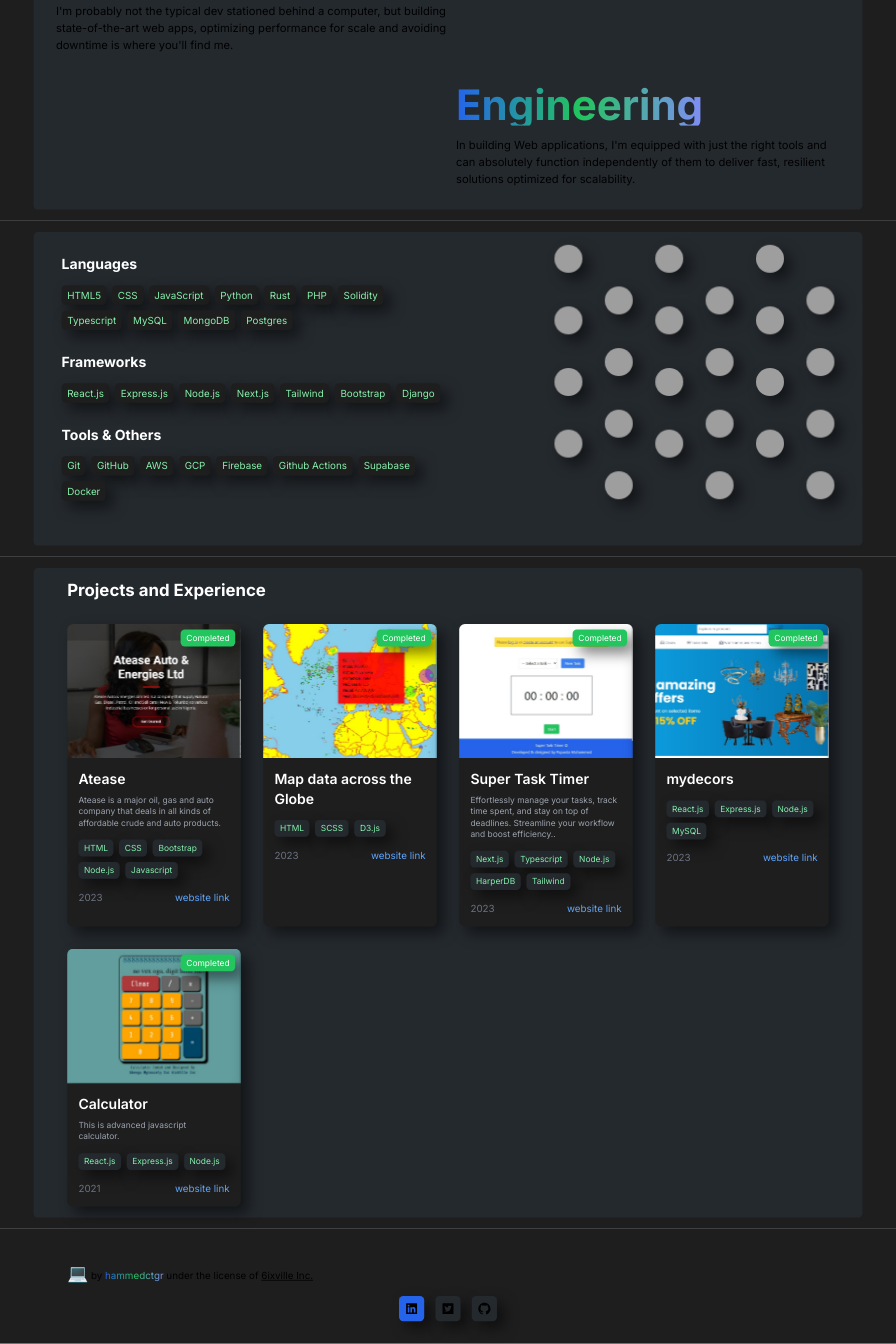
Repository: muhammedctgr/hammedctgr
Page: /
These files come from the project's save history. The page is drawn as it stood at one moment and after the next save; the edit follows.
The browser window is 1280 px wide. The pictures show the part of the page from y = 728 to 2648 px (the page is 2648 px tall), at 70% of full size.
Pictures or frames that could not be fetched are drawn as grey boxes. The project was rebuilt for these pictures with package versions that can differ from the ones it lists, and the page was loaded fresh each time. The framework's server and built-in components were replaced by stand-ins that run in the browser. Also part of the build but not shown: next.config.mjs.

Above is the page before, as saved 2024-08-18 10:05:58.

### app/layout.tsx
import type { Metadata } from "next";
import { Inter } from "next/font/google";
import "./globals.css";

const inter = Inter({ subsets: ["latin"] });

export const metadata: Metadata = {
  title: "Popoola Muhammed",
  description: "Generated by create next app",
};

export default function RootLayout({
  children,
}: Readonly<{
  children: React.ReactNode;
}>) {
  return (
    <html lang="en">
      <body className={inter.className}>{children}</body>
    </html>
  );
}

### app/page.tsx
import Head from 'next/head';
import Hero from '../components/Hero';
import SkillsSection from '@/components/SkillsSection';
import SummarySection from '@/components/SummarySection';
import ProjectsSection from '@/components/ProjectsSection';
import Footer from '@/components/Footer';

const Home = () => (
  <div>
    <Head>
      <title>Popoola Muhammed | Fullstack Dev</title>
      <meta name="description" content="Welcome to my developer portfolio" />
    </Head>

    <Hero />
    <SummarySection />
    <SkillsSection />
    <ProjectsSection />
    <Footer />
  </div>
);

export default Home;

### app/globals.css
@tailwind base;
@tailwind components;
@tailwind utilities;

:root {
  --foreground-rgb: 0, 0, 0;
  --background-start-rgb: 214, 219, 220;
  --background-end-rgb: 255, 255, 255;
}

@media (prefers-color-scheme: dark) {
  :root {
    --foreground-rgb: 255, 255, 255;
    --background-start-rgb: 0, 0, 0;
    --background-end-rgb: 0, 0, 0;
  }
}

body {
  color: rgb(var(--foreground-rgb));
  background: linear-gradient(
      to bottom,
      transparent,
      rgb(var(--background-end-rgb))
    )
    rgb(var(--background-start-rgb));
}

@layer utilities {
  .text-balance {
    text-wrap: balance;
  }
}


@keyframes upDown {
  0%, 100% {
    transform: translateY(0);
  }
  50% {
    transform: translateY(-10px); /* Adjust the value as needed */
  }
}

.animate-upDown {
  animation: upDown 2s infinite ease-in-out; /* Adjust duration as needed */
}


@keyframes scroll-medium {
  0% {
    transform: translateY(-100%);
  }
  100% {
    transform: translateY(100%);
  }
}

@keyframes scroll-fast {
  0% {
    transform: translateY(-100%);
  }
  100% {
    transform: translateY(30vh);
  }
}

@keyframes scroll-upfast {
  0% {
    transform: translateY(100%);
  }
  100% {
    transform: translateY(-30vh);
  }
}

.animate-scroll-upfast {
  animation: scroll-upfast 2s linear infinite;
}

.animate-scroll-fast {
  animation: scroll-fast 2s linear infinite;
}

.animate-scroll-medium {
  animation: scroll-medium 6s linear infinite;
}

.animate-scroll-delay {
  animation-delay: 2s;
}

.animate-scroll-delay-long {
  animation-delay: 4s;
}

.animate-scroll {
  animation: scroll 10s linear infinite;
}

.neumorph {
  border-radius: 5px;
  background: linear-gradient(145deg, #161414, #1a1818);
  box-shadow:  5px 5px 10px #111010,
               -5px -5px 10px #1f1c1c;
}

@keyframes slide {
  0% { transform: translateX(0); }
  100% { transform: translateX(-100%); }
}

.infinite-scroll {
  display: flex;
  animation: slide 2s ease-in-out infinite;
}

.infinite-scroll img {
  min-width: 100%;
}

### components/Hero.tsx
import Image from 'next/image';
import profilePic from '../public/profile.png';
import { AiFillLinkedin, AiFillGithub, AiFillTwitterSquare, AiFillX } from 'react-icons/ai';

const Hero = () => {
  return (
    <section className="bg-gptGray px-4 py-4 md:pt-8 md:px-8 lg:px-12 text-white flex items-center">
  <div className="container bg-githubGray shadow-lg rounded-md mx-auto flex flex-col md:flex-row md:px-2 relative overflow-hidden">
    <div className="flex-1 text-left p-4 md:p-8">
      <div className="inline-block bg-blue-600 text-black py-1 px-3 mb-4 rounded-md">
        Hi, I’m
      </div>
      <div className="mb-6">
        <h1 className="text-xl md:text-3xl font-bold">Popoola Muhammed</h1>
        <p className="mt-2 text-lg md:text-xl">Full-Stack Developer, I build and manage</p>
      </div>
      <ul className="mt-4 list-disc list-inside text-xs md:text-base">
        <li>Highly Optimized and Responsive <span className="text-blue-600">FRONT-END</span></li>
        <li>Secure and Scalable <span className="text-blue-600">BACK-END & DATABASE</span></li>
        <li><span className="text-blue-600">IT</span> Infrastructure</li>
      </ul>
      <div className="mt-6">
        <a href="#contact" className="underline">Let’s Connect</a>
        <div className="mt-2 flex justify-start space-x-4">
          <a href="#" className="bg-blue-600 p-2 rounded-md shadow-deep-all transform transition-transform duration-300 hover:scale-110">
            <AiFillLinkedin size={20} />
          </a>
          <a href="#" className="bg-githubGray p-2 rounded-md shadow-deep-all transform transition-transform duration-300 hover:scale-110">
            <AiFillTwitterSquare size={20} />
          </a>
          <a href="#" className="bg-githubGray p-2 rounded-md shadow-deep-all transform transition-transform duration-300 hover:scale-110">
            <AiFillGithub size={20} />
          </a>
        </div>
      </div>
    </div>
    <div className="relative flex-1 p-4 md:p-8">
      <img src="https://cdn.jsdelivr.net/gh/devicons/devicon@latest/icons/python/python-original.svg" className="right-4 w-8 h-8 md:w-16 md:h-16 lg:w-16 lg:h-16 bg-gptGray rounded-md animate-bounce shadow-deep-all" />
      <div className="relative w-40 h-40 md:w-72 md:h-72 lg:w-96 lg:h-96 mx-auto">
        <Image src={profilePic} alt="Popoola Muhammed" layout="fill" className="rounded-full object-cover animate-upDown" />
      </div>
      <img src="https://cdn.jsdelivr.net/gh/devicons/devicon@latest/icons/rust/rust-original.svg"  className="w-8 h-8 md:w-16 md:h-16 lg:w-16 lg:h-16 bg-gptGray rounded-3xl shadow-deep-all animate-bounce absolute top-8 right-4" />
      <img src="https://cdn.jsdelivr.net/gh/devicons/devicon@latest/icons/javascript/javascript-original.svg" className="w-8 h-8 md:w-12 md:h-12 lg:w-12 lg:h-12 bg-gptGray rounded-md animate-bounce shadow-deep-all" />
    </div>
    <img src="https://cdn.jsdelivr.net/gh/devicons/devicon@latest/icons/nextjs/nextjs-original.svg" className="w-8 h-8 md:w-12 md:h-12 lg:w-12 lg:h-12 bg-gptGray rounded-3xl shadow-deep-all animate-bounce absolute bottom-4 right-36" />
  </div>
</section>
  );
};

export default Hero;

### components/SkillsSection.tsx
import Image from 'next/image';
import { FC } from 'react';

interface SkillCategory {
  title: string;
  skills: { name: string; }[];
}

const skills: SkillCategory[] = [
  {
    title: "Languages",
    skills: [
      { name: "HTML5",  },
      { name: "CSS", },
      { name: "JavaScript",  },
      { name: "Python", },
      { name: "Rust",  },
      { name: "PHP", },
      { name: "Solidity",  },
      { name: "Typescript",  },
      { name: "MySQL",  },
      { name: "MongoDB", },
      { name: "Postgres", },
    ],
  },
  {
    title: "Frameworks",
    skills: [
      { name: "React.js", },
      { name: "Express.js",  },
      { name: "Node.js", },
      { name: "Next.js", },
      { name: "Tailwind", },
      { name: "Bootstrap", },
      { name: "Django", }
    ],
  },
  {
    title: "Tools & Others",
    skills: [
      { name: "Git",  },
      { name: "GitHub",  },
      { name: "AWS", },
      { name: "GCP", },
      { name: "Firebase", },
      { name: "Github Actions", },
      { name: "Supabase",  },
      { name: "Docker",  },
    ],
  },
];

const icons = [
  "/icons/html5.svg", // Replace with your icon paths
  "/icons/css3.svg",
  "/icons/javascript.svg",
  "/icons/python.svg",
  // Add the rest of the icons as needed
];

const SkillsSection: FC = () => {
  return (
  <section className="px-4 py-4 md:px-8 lg:px-12 bg-gptGray text-white w-full h-full">
  <div className="container bg-githubGray rounded-md mx-auto flex flex-col md:flex-row items-start md:px-2">
    <div className="flex-1 p-4 md:p-8">
      {skills.map((category) => (
        <div key={category.title} className="mb-8">
          <h2 className="text-lg md:text-xl font-bold mb-4 ">{category.title}</h2>
          <div className="flex flex-wrap gap-2">
            {category.skills.map((skill) => (
              <span
                key={skill.name}
                className={`px-2 py-1 rounded-md text-sm shadow-deep-all bg-gptGray text-green-300`}
              >
                {skill.name}
              </span>
            ))}
          </div>
        </div>
      ))}
    </div>
    <div className="flex-1 flex flex-col items-center md:items-end overflow-hidden md:pb-8">
      <div className="grid grid-cols-6 md:grid-cols-6 gap-8 p-4 md:p-8">
      <img src="https://cdn.jsdelivr.net/gh/devicons/devicon@latest/icons/html5/html5-original.svg" className="w-10 h-10 md:w-10 md:h-10 lg:w-10 lg:h-10 bg-gptGray rounded-3xl shadow-deep-all mt-4 animate-scroll-fast" />
      <img src="https://cdn.jsdelivr.net/gh/devicons/devicon@latest/icons/css3/css3-original.svg" className="w-10 h-10 md:w-10 md:h-10 lg:w-10 lg:h-10 bg-gptGray rounded-3xl shadow-deep-all mt-4 animate-scroll-upfast" />
      <img src="https://cdn.jsdelivr.net/gh/devicons/devicon@latest/icons/javascript/javascript-original.svg" className="w-10 h-10 md:w-10 md:h-10 lg:w-10 lg:h-10 bg-gptGray rounded-3xl shadow-deep-all mt-4 animate-scroll-fast" />
      <img src="https://cdn.jsdelivr.net/gh/devicons/devicon@latest/icons/python/python-original.svg" className="w-10 h-10 md:w-10 md:h-10 lg:w-10 lg:h-10 bg-gptGray rounded-3xl shadow-deep-all mt-4 animate-scroll-upfast" />
      <img src="https://cdn.jsdelivr.net/gh/devicons/devicon@latest/icons/rust/rust-original.svg"  className="w-10 h-10 md:w-10 md:h-10 lg:w-10 lg:h-10 bg-gptGray rounded-3xl shadow-deep-all mt-4 animate-scroll-fast" />
      <img src="https://cdn.jsdelivr.net/gh/devicons/devicon@latest/icons/php/php-original.svg" className="w-10 h-10 md:w-10 md:h-10 lg:w-10 lg:h-10 bg-gptGray rounded-3xl shadow-deep-all mt-4 animate-scroll-upfast"  />
      <img src="https://cdn.jsdelivr.net/gh/devicons/devicon@latest/icons/solidity/solidity-original.svg" className="w-10 h-10 md:w-10 md:h-10 lg:w-10 lg:h-10 bg-gptGray rounded-3xl shadow-deep-all mt-4 animate-scroll-fast" />
      <img src="https://cdn.jsdelivr.net/gh/devicons/devicon@latest/icons/typescript/typescript-original.svg" className="w-10 h-10 md:w-10 md:h-10 lg:w-10 lg:h-10 bg-gptGray rounded-3xl shadow-deep-all mt-4 animate-scroll-upfast" />
      <img src="https://cdn.jsdelivr.net/gh/devicons/devicon@latest/icons/mysql/mysql-original.svg" className="w-10 h-10 md:w-10 md:h-10 lg:w-10 lg:h-10 bg-gptGray rounded-3xl shadow-deep-all mt-4 animate-scroll-fast" />
      <img src="https://cdn.jsdelivr.net/gh/devicons/devicon@latest/icons/mongodb/mongodb-original.svg" className="w-10 h-10 md:w-10 md:h-10 lg:w-10 lg:h-10 bg-gptGray rounded-3xl shadow-deep-all mt-4 animate-scroll-upfast" />
      <img src="https://cdn.jsdelivr.net/gh/devicons/devicon@latest/icons/react/react-original.svg" className="w-10 h-10 md:w-10 md:h-10 lg:w-10 lg:h-10 bg-gptGray rounded-3xl shadow-deep-all mt-4 animate-scroll-fast" />
      <img src="https://cdn.jsdelivr.net/gh/devicons/devicon@latest/icons/nextjs/nextjs-original.svg" className="w-10 h-10 md:w-10 md:h-10 lg:w-10 lg:h-10 bg-gptGray rounded-3xl shadow-deep-all mt-4 animate-scroll-upfast" />
      <img src="https://cdn.jsdelivr.net/gh/devicons/devicon@latest/icons/tailwindcss/tailwindcss-original.svg" className="w-10 h-10 md:w-10 md:h-10 lg:w-10 lg:h-10 bg-gptGray rounded-3xl shadow-deep-all mt-4 animate-scroll-fast" />
      <img src="https://cdn.jsdelivr.net/gh/devicons/devicon@latest/icons/git/git-original.svg" className="w-10 h-10 md:w-10 md:h-10 lg:w-10 lg:h-10 bg-gptGray rounded-3xl shadow-deep-all mt-4 animate-scroll-upfast" />
      <img src="https://cdn.jsdelivr.net/gh/devicons/devicon@latest/icons/github/github-original.svg" className="w-10 h-10 md:w-10 md:h-10 lg:w-10 lg:h-10 bg-gptGray rounded-3xl shadow-deep-all mt-4 animate-scroll-fast" />
      <img src="https://cdn.jsdelivr.net/gh/devicons/devicon@latest/icons/amazonwebservices/amazonwebservices-original-wordmark.svg" className="w-10 h-10 md:w-10 md:h-10 lg:w-10 lg:h-10 bg-gptGray rounded-3xl shadow-deep-all mt-4 animate-scroll-upfast" />
      <img src="https://cdn.jsdelivr.net/gh/devicons/devicon@latest/icons/googlecloud/googlecloud-original.svg" className="w-10 h-10 md:w-10 md:h-10 lg:w-10 lg:h-10 bg-gptGray rounded-3xl shadow-deep-all mt-4 animate-scroll-fast" />
      <img src="https://cdn.jsdelivr.net/gh/devicons/devicon@latest/icons/postgresql/postgresql-original.svg" className="w-10 h-10 md:w-10 md:h-10 lg:w-10 lg:h-10 bg-gptGray rounded-3xl shadow-deep-all mt-4 animate-scroll-upfast" />
      <img src="https://cdn.jsdelivr.net/gh/devicons/devicon@latest/icons/supabase/supabase-original.svg" className="w-10 h-10 md:w-10 md:h-10 lg:w-10 lg:h-10 bg-gptGray rounded-3xl shadow-deep-all mt-4 animate-scroll-fast" />
      <img src="https://cdn.jsdelivr.net/gh/devicons/devicon@latest/icons/docker/docker-original.svg" className="w-10 h-10 md:w-10 md:h-10 lg:w-10 lg:h-10 bg-gptGray rounded-3xl shadow-deep-all mt-4 animate-scroll-upfast" />
      <img src="https://cdn.jsdelivr.net/gh/devicons/devicon@latest/icons/django/django-plain.svg" className="w-10 h-10 md:w-10 md:h-10 lg:w-10 lg:h-10 bg-gptGray rounded-3xl shadow-deep-all mt-4 animate-scroll-fast" />
      <img src="https://cdn.jsdelivr.net/gh/devicons/devicon@latest/icons/bootstrap/bootstrap-original.svg" className="w-10 h-10 md:w-10 md:h-10 lg:w-10 lg:h-10 bg-gptGray rounded-3xl shadow-deep-all mt-4 animate-scroll-upfast" />
      <img src="https://cdn.jsdelivr.net/gh/devicons/devicon@latest/icons/nodejs/nodejs-original.svg" className="w-10 h-10 md:w-10 md:h-10 lg:w-10 lg:h-10 bg-gptGray rounded-3xl shadow-deep-all mt-4 animate-scroll-fast" />
      <img src="https://cdn.jsdelivr.net/gh/devicons/devicon@latest/icons/githubactions/githubactions-original.svg" className="w-10 h-10 md:w-10 md:h-10 lg:w-10 lg:h-10 bg-gptGray rounded-3xl shadow-deep-all mt-4 animate-scroll-upfast" />
      </div>
    </div>
  </div>
</section>
  );
};

export default SkillsSection;

### components/SummarySection.tsx
import { FC } from 'react';

const SummarySection: FC = () => {
  return (
<section className="px-4 py-4 md:px-8 lg:px-12 bg-gptGray relative overflow-hidden">
  <div className="container bg-githubGray mx-auto flex rounded-md flex-col md:flex-row justify-between items-start md:px-8 p-4 md:p-8">
    <div className=" mb-8 md:mb-8">
      <div className="mb-4">
        <span className="text-4xl md:text-6xl font-bold bg-gradient-to-r from-blue-600 via-green-500 to-indigo-400 inline-block text-transparent bg-clip-text">Software</span>
      </div>
      <p className="text-sm md:text-base">
        I'm probably not the typical dev stationed behind a computer, but building state-of-the-art web apps, optimizing performance for scale and avoiding downtime is where you'll find me.
      </p>
    </div>
    <div className=" md:mt-48">
      <div className="mb-4">
        <span className="text-4xl md:text-6xl font-bold bg-gradient-to-r from-blue-600 via-green-500 to-indigo-400 inline-block text-transparent bg-clip-text">Engineering</span>
      </div>
      <p className="text-sm md:text-base">
        In building Web applications, I'm equipped with just the right tools and can absolutely function independently of them to deliver fast, resilient solutions optimized for scalability.
      </p>
    </div>
  </div>
</section>
  );
};

export default SummarySection;

### components/ProjectsSection.tsx
import { FC } from 'react';

interface Project {
  title: string;
  description: string;
  technologies: string[];
  date: string;
  status: string;
  images: string[];
  link: string;
}

const projects: Project[] = [
  {
    title: "Atease",
    description: "Atease is a major oil, gas and auto company that deals in all kinds of affordable crude and auto products.",
    technologies: ["HTML", "CSS", "Bootstrap", "Node.js", "Javascript"],
    date: "2023",
    status: "Completed",
    images: ["at1.jpg", "at2.jpg", "at3.jpg",],
    link: "https://ateasegroup.com",
  },
  {
    title: "Map data across the Globe",
    description: "",
    technologies: ["HTML", "SCSS", "D3.js",],
    date: "2023",
    status: "Completed",
    images: ["md1.jpg", "md2.jpg",],
    link: "https://example.com",
  },
  {
    title: "Super Task Timer",
    description: "Effortlessly manage your tasks, track time spent, and stay on top of deadlines. Streamline your workflow and boost efficiency..",
    technologies: ["Next.js", "Typescript", "Node.js", "HarperDB", "Tailwind"],
    date: "2023",
    status: "Completed",
    images: ["sp1.jpg", "sp2.jpg",],
    link: "https://super-task-timer-5o5i.vercel.app/",
  },
  {
    title: "mydecors",
    description: "",
    technologies: ["React.js", "Express.js", "Node.js", "MySQL"],
    date: "2023",
    status: "Completed",
    images: ["dec1.jpg", "dec2.jpg",],
    link: "https://mydecors-prod.vercel.app/",
  },
  {
    title: "Calculator",
    description: "This is advanced javascript calculator.",
    technologies: ["React.js", "Express.js", "Node.js",],
    date: "2021",
    status: "Completed",
    images: ["calc2.jpg", "calc1.jpg", "at1.jpg",],
    link: "https://codepen.io/6ix-ville/full/zYEOQex",
  },
  // Add more projects as needed...
];

const ProjectsSection: FC = () => {
  return (
    <section className="bg-gptGray md:px-8 px-4 py-4 lg:px-12">
      <div className="container bg-githubGray rounded-md mx-auto md:px-8">
        <h2 className="text-2xl font-bold text-white p-4">Projects and Experience</h2>
        <div className="grid grid-cols-1 sm:grid-cols-3 lg:grid-cols-4 gap-8 p-4">
          {projects.map((project, index) => (
            <div key={index} className="bg-gptGray rounded-lg overflow-hidden shadow-deep-all transform transition-transform duration-300 hover:scale-105 ">
              <div className="relative w-full h-48 overflow-hidden">
                <div className="absolute inset-0 flex animate-slide infinite-scroll">
                  {project.images.map((image, i) => (
                    <img key={i} src={image} alt={`${project.title} image ${i + 2}`} className="w-full h-full object-cover shadow-deep-all" />
                  ))}
                </div>
                <span className="shadow-deep-all absolute top-2 right-2 bg-green-500 text-xs text-white px-2 py-1 rounded-md">{project.status}</span>
              </div>
              <div className="p-4">
                <h3 className="text-xl font-semibold text-white mb-2">{project.title}</h3>
                <p className="text-gray-400 text-xs mb-4">{project.description}</p>
                <div className="flex flex-wrap gap-2 mb-4">
                  {project.technologies.map((tech, i) => (
                    <span key={i} className="bg-githubGray shadow-deep-all text-green-300 text-xs px-2 py-1 rounded-md">{tech}</span>
                  ))}
                </div>
                <div className="flex justify-between items-center">
                  <span className="text-gray-500 text-sm">{project.date}</span>
                  <a href={project.link} target="_blank" rel="noopener noreferrer" className="text-blue-400 hover:underline text-sm">website link</a>
                </div>
              </div>
            </div>
          ))}
        </div>
      </div>
    </section>
  );
};

export default ProjectsSection;

### components/Footer.tsx
import { AiFillLinkedin, AiFillGithub, AiFillTwitterSquare, AiFillX } from 'react-icons/ai';

const Footer = () => {
    return (
        <div className="bg-gptGray px-4 py-4 md:pt-4 md:px-4 lg:px-12">
            <div className='bg-gptGray px-4 py-4 md:pt-8 md:px-12 text-sm'>
                <p>
                <span className='text-2xl'>&#128187;</span> by <span className='bg-gradient-to-r from-blue-600 via-green-500 to-indigo-400 inline-block text-transparent bg-clip-text'>hammedctgr</span> under the license of <a href="https://6ixville.github.io/" target="_blank" rel="noopener noreferrer" className='underline'>6ixville Inc.</a>
                </p>
                <div className="">
                    <div className="flex justify-center space-x-4 mt-4">
                        <a href="#" className="bg-blue-600 p-2 rounded-md shadow-deep-all transform transition-transform duration-300 hover:scale-110">
                            <AiFillLinkedin size={20} />
                        </a>
                        <a href="#" className="bg-githubGray p-2 rounded-md shadow-deep-all transform transition-transform duration-300 hover:scale-110">
                            <AiFillTwitterSquare size={20} />
                        </a>
                        <a href="#" className="bg-githubGray p-2 rounded-md shadow-deep-all transform transition-transform duration-300 hover:scale-110">
                            <AiFillGithub size={20} />
                        </a>
                    </div>
                </div>
            </div>
       </div>
     );
}

export default Footer;

### tailwind.config.ts
import type { Config } from "tailwindcss";

const config: Config = {
  content: [
    "./pages/**/*.{js,ts,jsx,tsx,mdx}",
    "./components/**/*.{js,ts,jsx,tsx,mdx}",
    "./app/**/*.{js,ts,jsx,tsx,mdx}",
  ],
  theme: {
    extend: {
      backgroundImage: {
        "gradient-radial": "radial-gradient(var(--tw-gradient-stops))",
        "gradient-conic":
          "conic-gradient(from 180deg at 50% 50%, var(--tw-gradient-stops))",
      },
      colors: {
        githubGray: '#24292e',
        gptGray: '#1e1e1e', // Define the exact color
        gradient: 'bg-gradient-to-r from-blue-600 via-green-500 to-indigo-400 inline-block text-transparent bg-clip-text'
      },
      boxShadow: {
        'deep-right': '10px 10px 20px rgba(0, 0, 0, 0.25)',  // Right side shadow
        'deep-left': '-10px 10px 20px rgba(0, 0, 0, 0.25)',  // Left side shadow
        'deep-top': '10px -10px 20px rgba(0, 0, 0, 0.25)',   // Top side shadow
        'deep-bottom': '10px 10px 20px rgba(0, 0, 0, 0.25)', // Bottom side shadow
        'deep-all': '10px 10px 20px rgba(0, 0, 0, 0.5)',     // All sides shadow
      }
    },
  },
  plugins: [],
};
export default config;

After the next save:
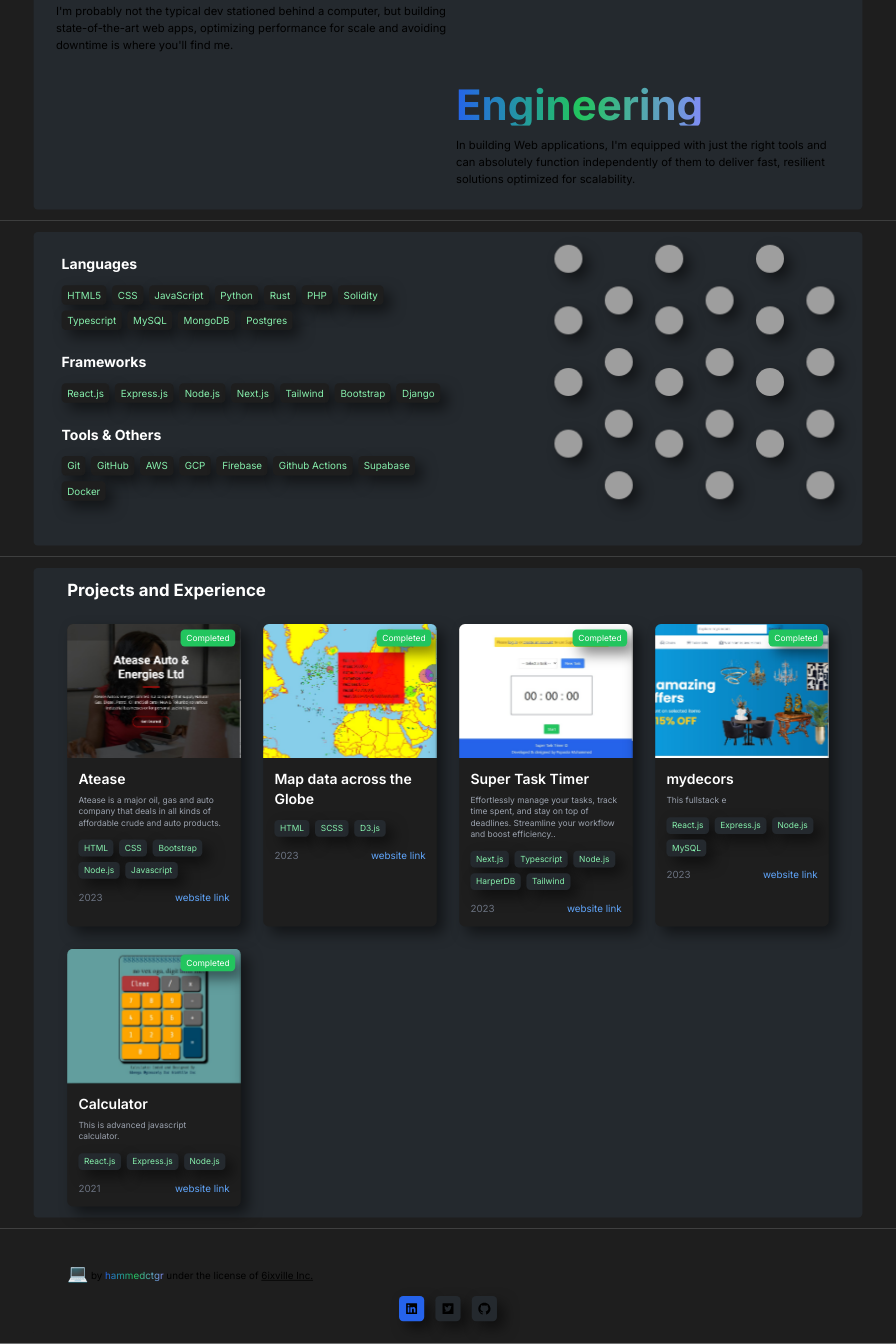
Saved 6 s later.
--- a/components/ProjectsSection.tsx
+++ b/components/ProjectsSection.tsx
@@ -40,7 +40,7 @@ const projects: Project[] = [
   },
   {
     title: "mydecors",
-    description: "",
+    description: "This fullstack e",
     technologies: ["React.js", "Express.js", "Node.js", "MySQL"],
     date: "2023",
     status: "Completed",
